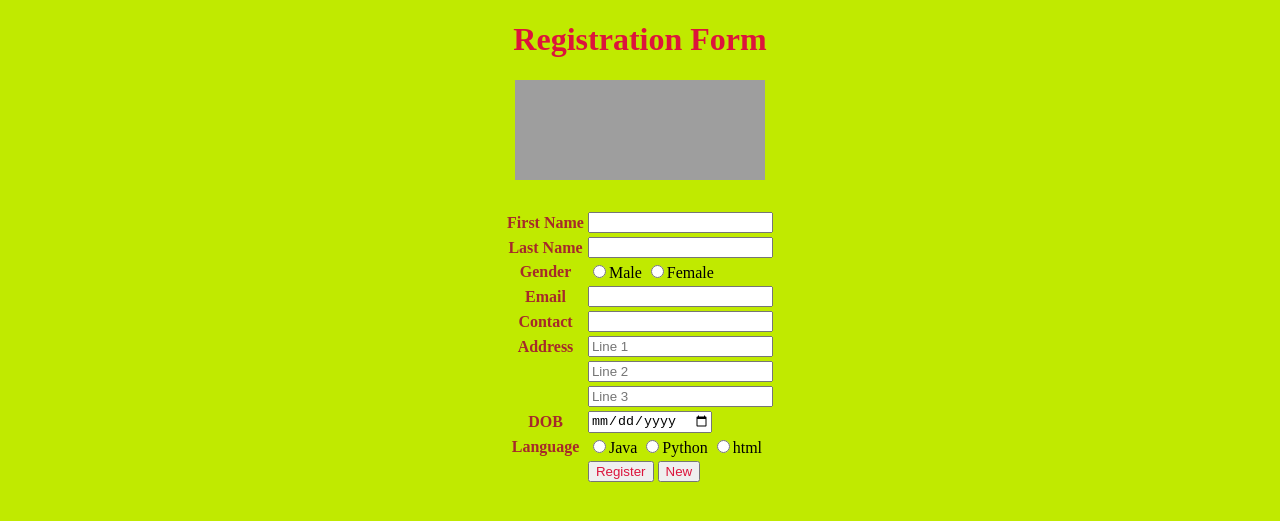
Repository: raviraj226/AdvanceJava
Page: http://localhost/Ravi_Maven/RegistrationForm.jsp
These files come from the project's save history. The page is drawn as it stood at one moment and after the next save; the edit follows.
The browser window is 1280 px wide. The pictures show the whole page.
Pictures or frames that could not be fetched are drawn as grey boxes. The page is served by Tomcat 9. Other server files are loaded and not shown.

Above is the page before, as saved 2022-03-11 11:03:01.

### Advance Java/Ravi_Maven/src/main/webapp/RegistrationForm.jsp
<%@ page language="java" contentType="text/html; charset=ISO-8859-1"
    pageEncoding="ISO-8859-1"%>
<!DOCTYPE html>
<html>
<head>
<meta charset="ISO-8859-1">
<title>Insert title here</title>
</head>
<body bgcolor="cream">
<h1 align="center" style="color:crimson;">Registration Form</h1>
    <h1 align="center"><img src="D:\Learning Java\UI\download.png" width="250px" height="100px"></h1>
    <form>
        <table align="center">
            <tr>
                <th><label for="fName" style="color: brown;">First Name</label></th>
                <td><input id="fname" type="text"></td>
            </tr>
            <tr>
                <th><label for="fName" style="color: brown;">Last Name</label></th>
                <td><input id="fname" type="text"></td>
            </tr>
            <tr>
                <th><label for="fname" style="color: brown;">Gender</label></th>
                <td>
                    <input type="radio" name="new">Male
                    <input type="radio" name="new">Female
                </td>
            </tr>
            <tr>
                <th><label for ="email" style="color: brown;">Email</label></th>
                <td><input type ="email"> </td>
            </tr>
            <tr>
                <th>
                    <label for="fName" style="color: brown;">Contact</label>
                </th>
                <td>
                    <input type = "number" >
                </td>
            </tr>
            <tr>
                <th>
                    <label for="fName" style="color: brown;">Address</label>
                </th>
                <td>
                    <input type="fname" placeholder="Line 1">
                </td>
            </tr>
            <tr>
                <th>
                    <td>
                        <input type="fname" placeholder="Line 2">
                    </td>
                </th>
            </tr>
            <tr>
                <th>
                    <td>
                        <input type="fname" placeholder="Line 3">
                    </td>
                </th>
            </tr>
            <tr>
                <th>
                    <label for="fName" style="color: brown;">DOB</label>
                </th>
                <td>
                    <input type="date">
                </td>
            </tr>
            <tr>
                <th>
                    <label for="fName" style="color: brown;">Language</label>
                </th>
                <td>
                    <input type="radio" name="1">Java
                    <input type="radio" name="1">Python
                    <input type="radio" name="2">html
                </td>
            </tr>
            <tr>
                <th></th>
                <td>
                    <input type="submit" value="Register" style="color: crimson;">
                    <input type="button" value="New" style="color: crimson;">
                </td>
            </tr>
        </table>
    </form>
</body>
</html>

After the next save:
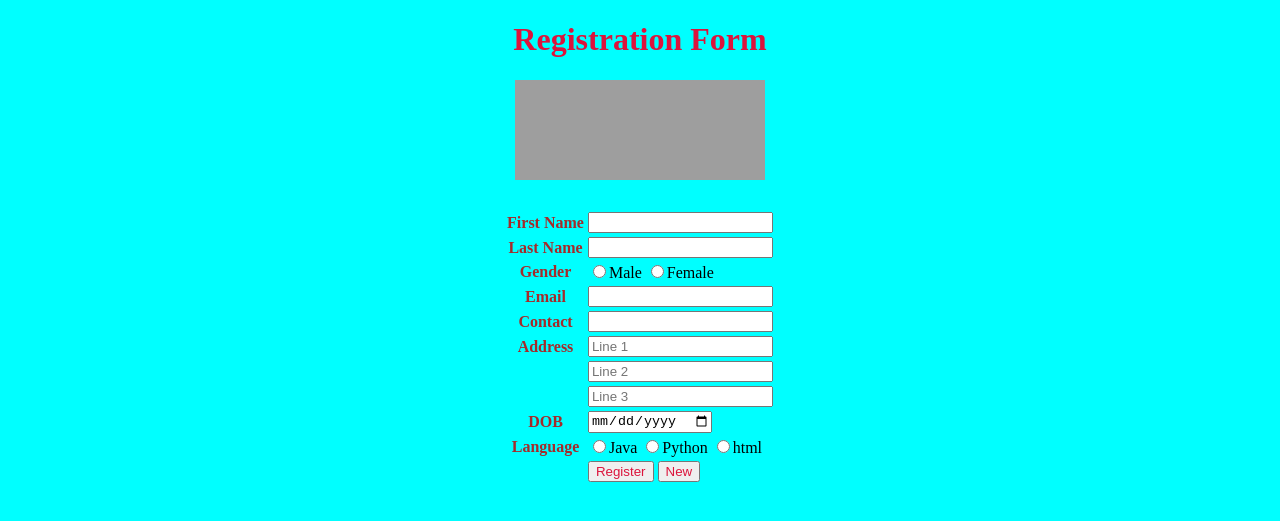
Saved 59 s later.
--- a/Advance Java/Ravi_Maven/src/main/webapp/RegistrationForm.jsp
+++ b/Advance Java/Ravi_Maven/src/main/webapp/RegistrationForm.jsp
@@ -6,7 +6,7 @@
 <meta charset="ISO-8859-1">
 <title>Insert title here</title>
 </head>
-<body bgcolor="cream">
+<body bgcolor="cyan">
 <h1 align="center" style="color:crimson;">Registration Form</h1>
     <h1 align="center"><img src="D:\Learning Java\UI\download.png" width="250px" height="100px"></h1>
     <form>
